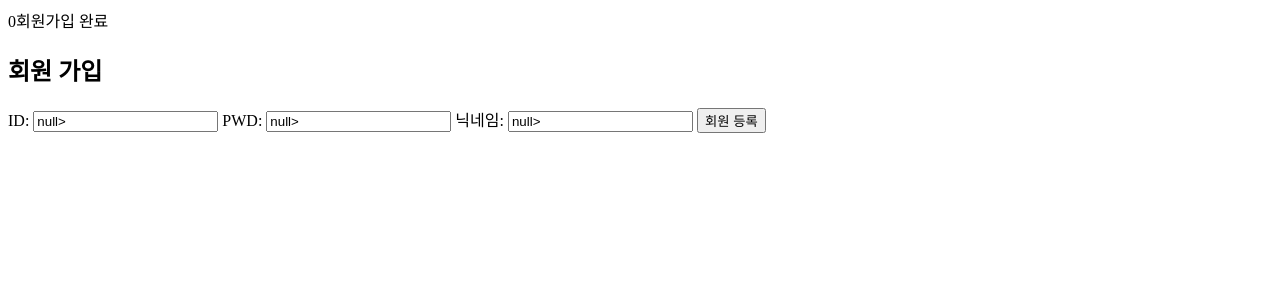
Repository: Jadedvst/Java_JSP-Servlet
Page: http://localhost/MustHaveJSP/JSMission/InsertForm.jsp
These files come from the project's save history. The page is drawn as it stood at one moment and after the next save; the edit follows.
The browser window is 1280 px wide. The pictures show the whole page.
The page is served by Tomcat 10. Other server files are loaded and not shown.

Above is the page before, as saved 2023-12-13 08:11:38.

### MustHaveJSP/src/main/webapp/JSMission/InsertForm.jsp
<%@page import="java.sql.PreparedStatement"%>
<%@page import="java.sql.Connection"%>
<%@page import="common.JDBConnect"%>
<%@ page language="java" contentType="text/html; charset=UTF-8"
    pageEncoding="UTF-8"%>

<%
JDBConnect jdbc = new JDBConnect();

/* String id ="test1";
String pwd = "1111";
String name = "testMem1";// 길이 주의 */
String id_value=request.getParameter("id");
String pwd_value=request.getParameter("pwd");
String nn_value=request.getParameter("nickname");

String sql = "INSERT INTO member(id,pass,name)"
			+"SELECT ?,?,?"
			+"WHERE NOT EXISTS (SELECT id FROM member WHERE id=?)";
PreparedStatement psmt=jdbc.getCon().prepareStatement(sql);
psmt.setString(1,id_value);
psmt.setString(2,pwd_value);
psmt.setString(3,nn_value);
psmt.setString(4,id_value);

int inResult = psmt.executeUpdate();
out.println(inResult+"회원가입 완료");
try{
	psmt.close();
}catch(Exception e){
	e.printStackTrace();
}
jdbc.close();//jbdc instance의 con, psmt가 일치 하지 않아서 따로 닫아줘야함
%>
<!DOCTYPE html>
<html>
<head>
<meta charset="UTF-8">
<title>Mission6</title>
</head>
<body>
	<h2>회원 가입</h2>
	<form>

		ID: <input type="text" name="id" value="<%=id_value%>>">
		PWD: <input type="text" name="pwd" value="<%=pwd_value%>>">
		닉네임: <input type="text" name="nickname" value="<%=nn_value%>>">
		<input type="submit" value="회원 등록">
	</form>
</body>
</html>

After the next save:
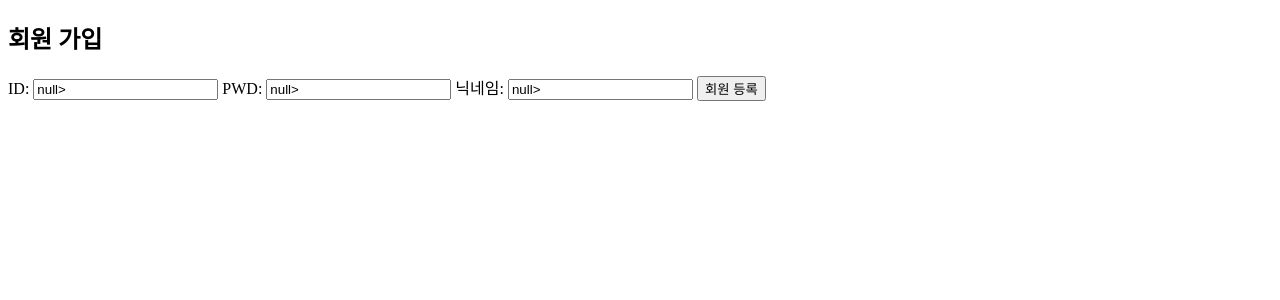
Saved 54 s later.
--- a/MustHaveJSP/src/main/webapp/JSMission/InsertForm.jsp
+++ b/MustHaveJSP/src/main/webapp/JSMission/InsertForm.jsp
@@ -4,7 +4,7 @@
 <%@ page language="java" contentType="text/html; charset=UTF-8"
     pageEncoding="UTF-8"%>
 
-<%
+<%-- <%
 JDBConnect jdbc = new JDBConnect();
 
 /* String id ="test1";
@@ -31,6 +31,11 @@ try{
 	e.printStackTrace();
 }
 jdbc.close();//jbdc instance의 con, psmt가 일치 하지 않아서 따로 닫아줘야함
+%> --%>
+<%
+String id_value=request.getParameter("id");
+String pwd_value=request.getParameter("pwd");
+String nn_value=request.getParameter("nickname");
 %>
 <!DOCTYPE html>
 <html>
